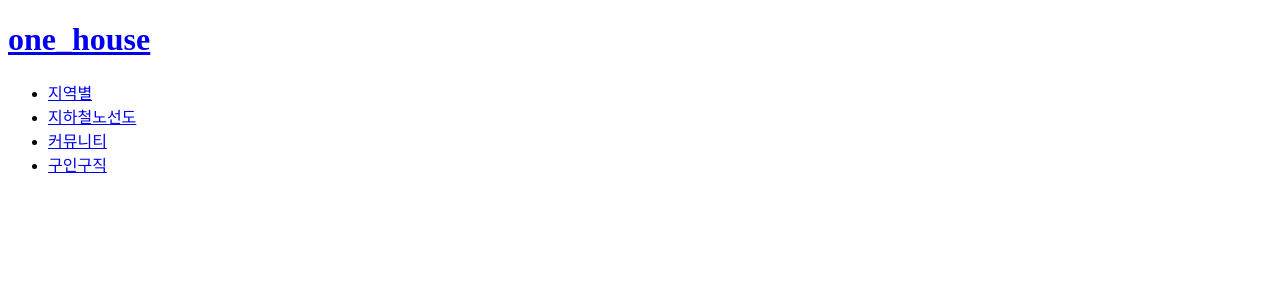
Repository: nayeon-3/one_house
Page: one_house/public/main/main.html
An editor plug-in stored every save of this project. The page is shown before and after the next save, followed by the edit.
The browser window is 1280 px wide. The pictures show the whole page.

Above is the page before, as saved 2025-02-05 08:09:25.

After the next save:
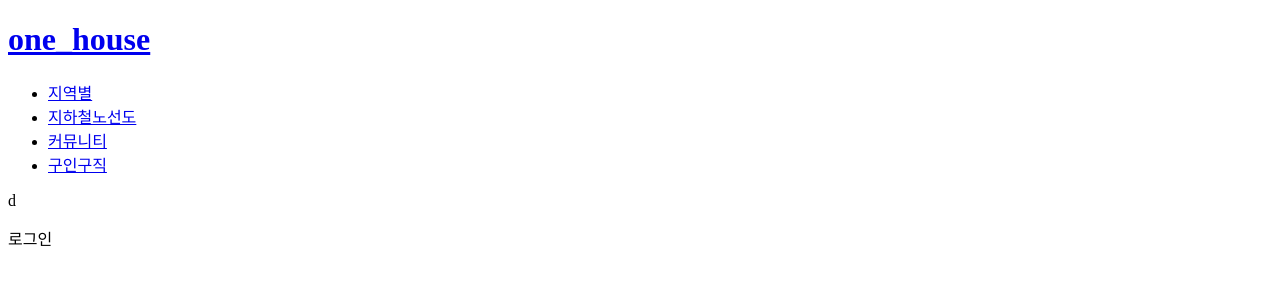
Saved 24 h 29 min later.
--- a/one_house/public/main/main.html
+++ b/one_house/public/main/main.html
@@ -5,6 +5,17 @@
 <title>Insert title here</title>
 <!-- 스타일 -->
 <link rel="stylesheet" href="main.css">
+<style type="text/css">
+/* Login 1 */
+.icon {
+  position: absolute;
+  top: 114px;
+  left: 1136px;
+  width: 44px;
+  height: 44px;
+  fill: #9095A0FF;
+}
+</style>
 </head>
 <body>
 	<div id="wwrap">
@@ -23,7 +34,8 @@
 
 
 				<div class="header_cont">              <!-- 오른쪽 끝 배치 -->
-					<p><a href="#login"></a></p>
+					<p class=icon>d</p>
+					<p><a href="#login"></a>로그인</p>
 				</div>
 
 			</div>
